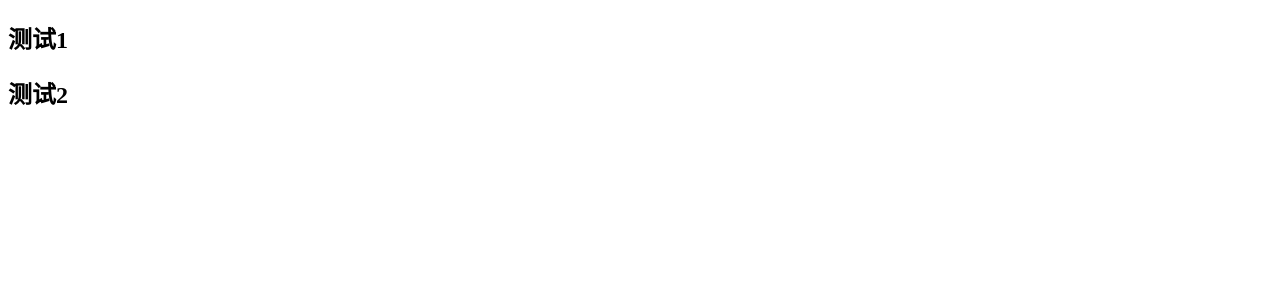
Repository: zhuhongxiang/Vue3.0-TSLeaning
Page: / (app in 04_Vue3/vue3_learning/)
An editor plug-in stored every save of this project. The page is shown before and after the next save, followed by the edit.
The browser window is 1280 px wide. The pictures show the whole page.
The project was rebuilt for these pictures with package versions that can differ from the ones it lists, and the page was loaded fresh each time.

Above is the page before, as saved 2021-07-27 19:10:13.

After the next save:
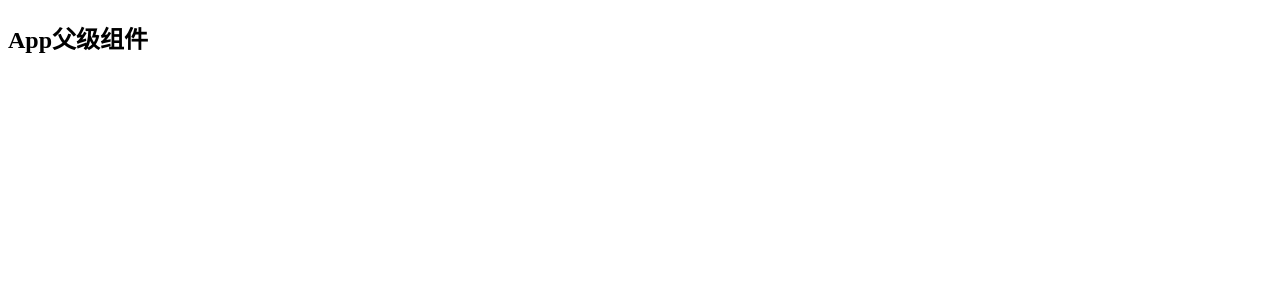
Saved 75 s later.
--- a/04_Vue3/vue3_learning/src/App.vue
+++ b/04_Vue3/vue3_learning/src/App.vue
@@ -1,13 +1,5 @@
 <template>
-  <!---根标签--->
-  <!-- <div>
-    <h2>测试1</h2>
-    <h2>测试2</h2>
-  </div> -->
-  <!---在Vue3中: 组件可以没有根标签, 内部会将多个标签包含在一个Fragment虚拟元素中
-       好处: 减少标签层级, 减小内存占用--->
-  <h2>测试1</h2>
-  <h2>测试2</h2>
+  <h2>App父级组件</h2>
 </template>
 
 <script lang='ts'>
